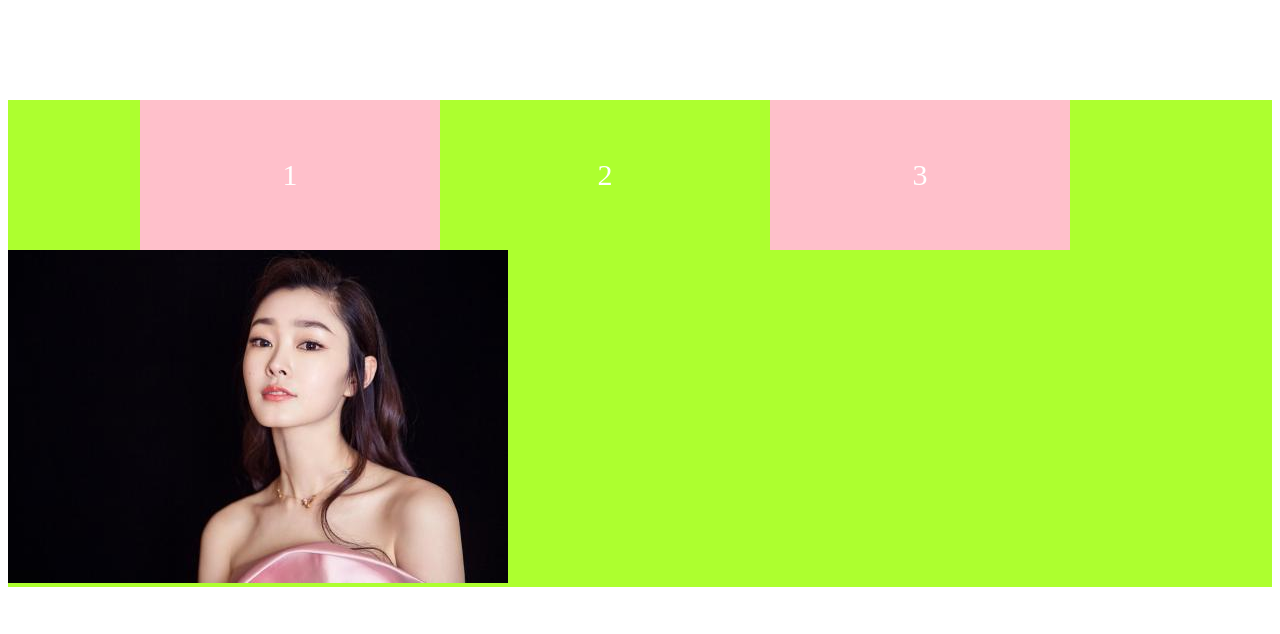
Repository: Germtao/Web
Page: web_css/css3_动画.html
These files come from the project's save history. The page is drawn as it stood at one moment and after the next save; the edit follows.
The browser window is 1280 px wide. The pictures show the whole page.

Above is the page before, as saved 2020-11-03 13:52:59.

### web_css/css3_动画.html
<!DOCTYPE html>
<html lang="en">

<head>
  <meta charset="UTF-8">
  <meta name="viewport" content="width=device-width, initial-scale=1.0">
  <title>CSS3-动画</title>

  <!-- <style>
    .box {
      width: 200px;
      height: 200px;
      background-color: green;
      margin: 100px auto;

      /* 只让宽度在变化时进行过渡 */
      /* transition: width 2s linear 0s; */

      /* 宽度、背景色在变化时，进行过渡 */
      transition: all 2s linear 0s;
    }

    .box:hover {
      width: 500px;
      background-color: orange;
    }
  </style> -->

  <!-- 过渡动画：商品详情 -->
  <!-- <style>
    body {
      margin: 0;
      padding: 0;
      background-color: #eeeeee;
    }

    .content {
      width: 800px;
      height: 320px;
      padding-left: 20px;
      margin: 80px auto;
    }

    .item {
      width: 230px;
      height: 300px;
      text-align: center;
      margin-right: 20px;
      background-color: #FFF;
      float: left;
      position: relative;
      top: 0;
      /* 让溢出的内容隐藏起来。意思是让下方的橙色方形先躲起来 */
      overflow: hidden;
      /* 从最初到鼠标悬停时的过渡 */
      transition: all .5s;
    }

    .item img {
      margin-top: 30px;
    }

    .item .desc {
      position: absolute;
      left: 0;
      bottom: -80px;
      width: 100%;
      height: 80px;
      background-color: #ff6700;
      transition: all .5s;
    }

    /* 鼠标悬停时，让 item 整体往上移动5px，且加一点阴影 */
    .item:hover {
      top: -5px;
      box-shadow: 0 0 15px #AAA;
    }

    /* 鼠标悬停时，让下方的橙色方形现身 */
    .item:hover .desc {
      bottom: 0;
    }
  </style> -->

  <!-- 2D转换动画 -->
  <style>
    .box {
      width: 1000px;
      margin: 100px auto;
    }

    /* .box div { */
    .box>div {
      width: 300px;
      height: 150px;
      background-color: pink;
      float: left;
      margin-right: 15px;
      color: white;
      text-align: center;
      font: 400 30px/150px "宋体";
    }

    /* .box .box2 {
      background-color: greenyellow;
      transition: all 1s;
    } */
    div:nth-child(2) {
      background-color: greenyellow;
      transition: all 1s;
    }

    div:nth-child(3) {
      transition: all 2s;
    }

    /* .box .box2:hover {
      background-color: green; */
    /* 缩放 */
    /* transform: scale(2, 0.5); */
    /* } */
    div:nth-child(2):hover {
      background-color: green;
      /* 位移 */
      transform: translate(-50%, 50%);
    }

    div:nth-child(3):hover {
      transform: rotate(-405deg);
    }
  </style>
</head>

<body>
  <!-- <div class="box"></div> -->

  <!-- 过渡动画：商品详情 -->
  <!-- <div class="content">
    <div class="item">
      <img src="img/倪妮.jpg" alt="">
    </div>

    <div class="item">
      <img src="img/宋轶.jpeg" alt="">
      <span class="desc"></span>
    </div>

    <div class="item">
      <img src="img/李沁.jpg" alt="">
      <span class="desc"></span>
    </div>
  </div> -->

  <!-- 2D转换动画 -->
  <div class="box">
    <div class="box1">1</div>
    <div class="box2">2</div>
    <div class="box3">3</div>
  </div>

  <!-- 3D 转换 -->
  <div class="rotateX">
    <img src="img/宋轶.jpeg" alt="">
  </div>
</body>

</html>

After the next save:
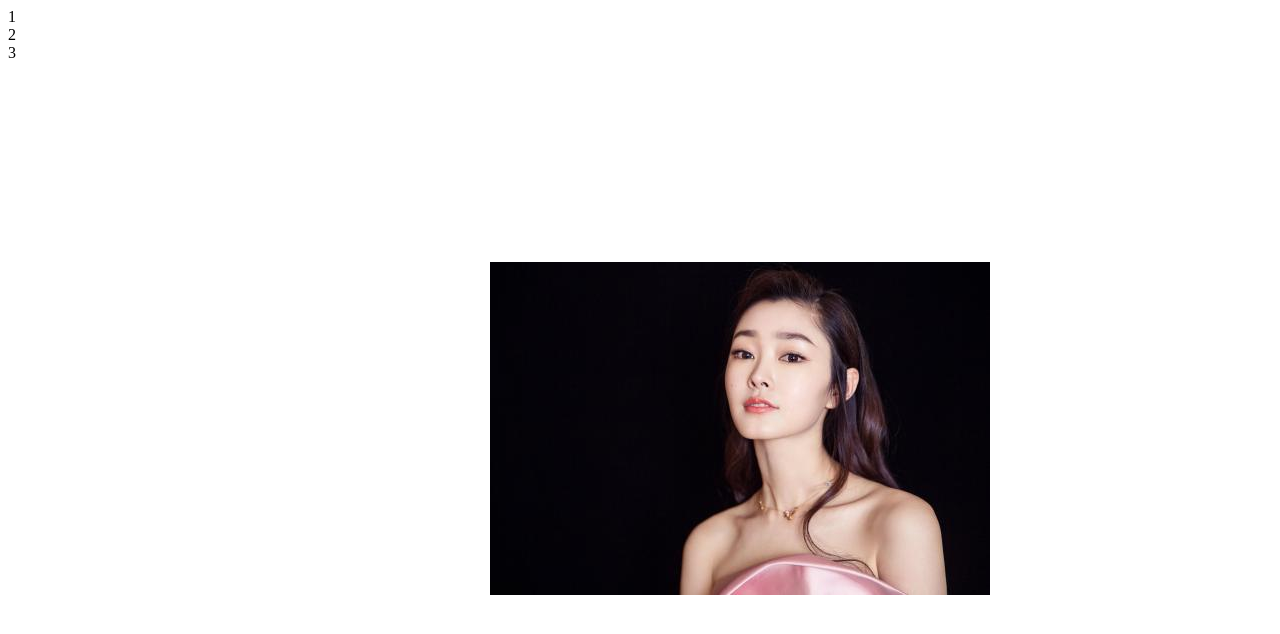
Saved 60 s later.
--- a/web_css/css3_动画.html
+++ b/web_css/css3_动画.html
@@ -83,7 +83,7 @@
   </style> -->
 
   <!-- 2D转换动画 -->
-  <style>
+  <!-- <style>
     .box {
       width: 1000px;
       margin: 100px auto;
@@ -128,6 +128,15 @@
     div:nth-child(3):hover {
       transform: rotate(-405deg);
     }
+  </style> -->
+
+  <!-- 3D 转换 -->
+  <style>
+    .rotateX {
+      width: 300px;
+      height: 226px;
+      margin: 200px auto;
+    }
   </style>
 </head>
 
